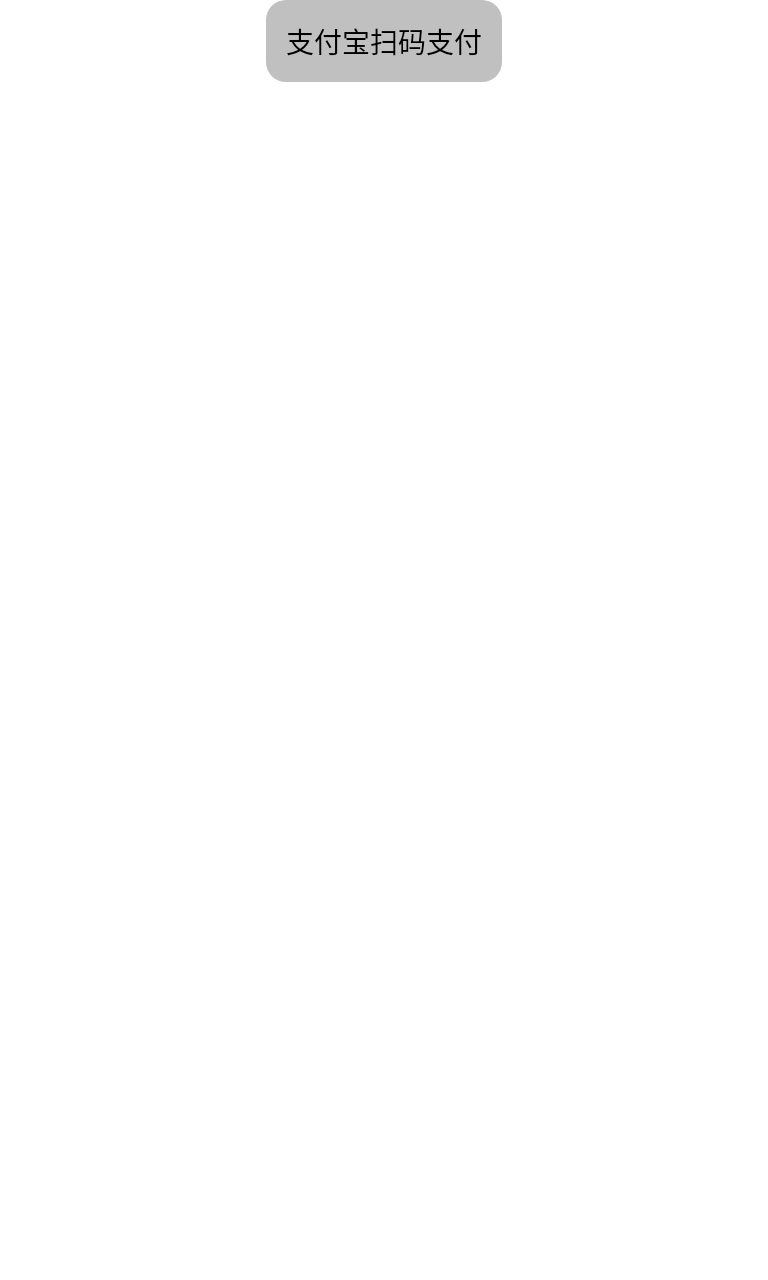
Repository: blanks1314/sysnc_android
Layout: UpayDemo/res/layout/fragment_alipay.xml
An editor plug-in stored every save of this project. The layout is shown before and after the next save, followed by the edit.
It is drawn on a 768 x 1280 px phone screen (xhdpi) without system bars, with theme AppTheme; the app's code is not run.

Above is the layout before, as saved 2015-04-28 06:21:30.

After the next save:
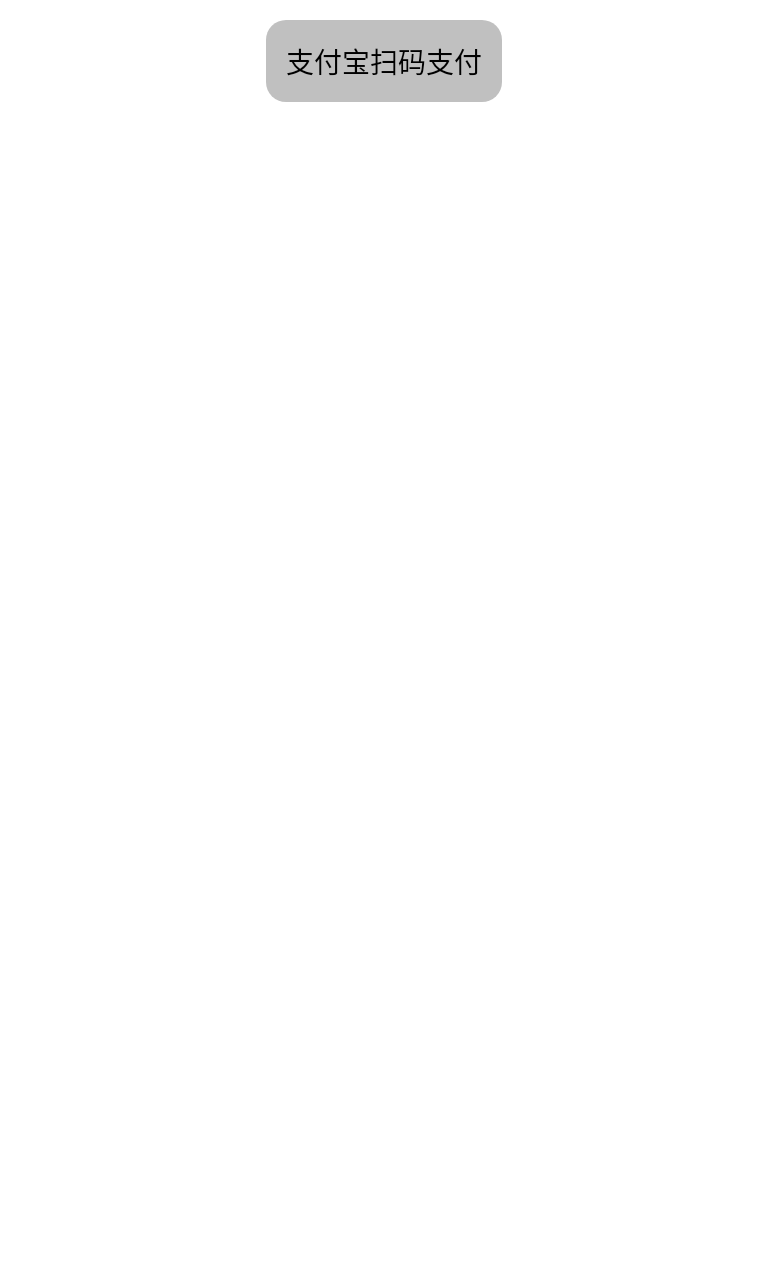
Saved 17 s later.
--- a/UpayDemo/res/layout/fragment_alipay.xml
+++ b/UpayDemo/res/layout/fragment_alipay.xml
@@ -3,7 +3,8 @@
     android:layout_width="match_parent"
     android:layout_height="match_parent"
     android:orientation="vertical"
-    android:gravity="center_horizontal">
+    android:gravity="center_horizontal"
+    android:padding="10dp">
 
     <Button
         android:id="@+id/btn_pay"
